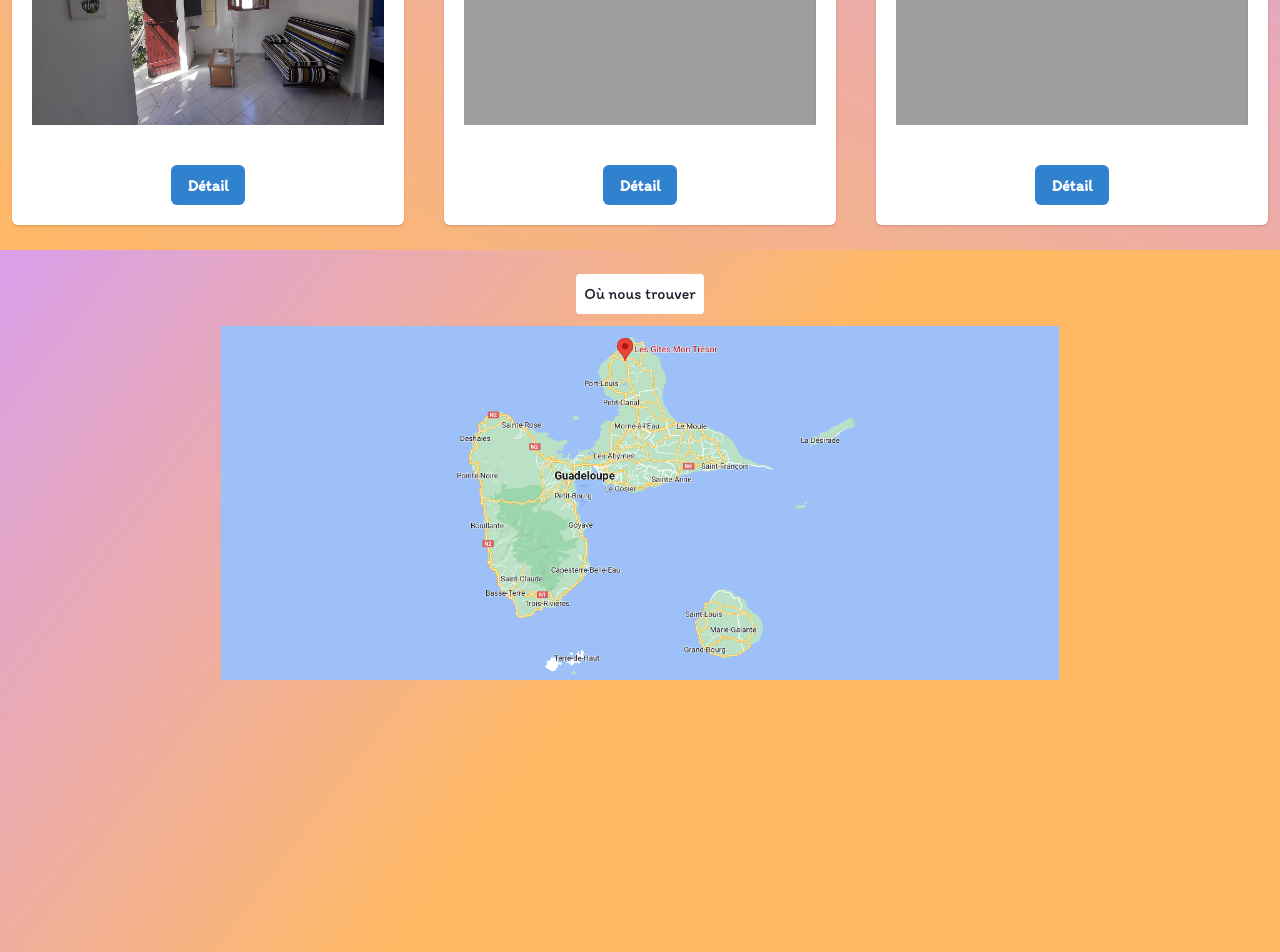
Repository: All-Khwarizmi/gites-v2
Page: /
The author's editor kept a copy of each file at every save. The page is drawn from the files as they stood at one save, then again after the next save.
The browser window is 1280 px wide. The pictures show the part of the page from y = 1190 to 2142 px (the page is 2160 px tall).
Pictures or frames that could not be fetched are drawn as grey boxes. The project was rebuilt for these pictures with package versions that can differ from the ones it lists, and the page was loaded fresh each time. The framework's server and built-in components were replaced by stand-ins that run in the browser. Also part of the build but not shown: next.config.js, next.config.mjs.

Above is the page before, as saved 2023-02-03 19:22:03.

After the next save:
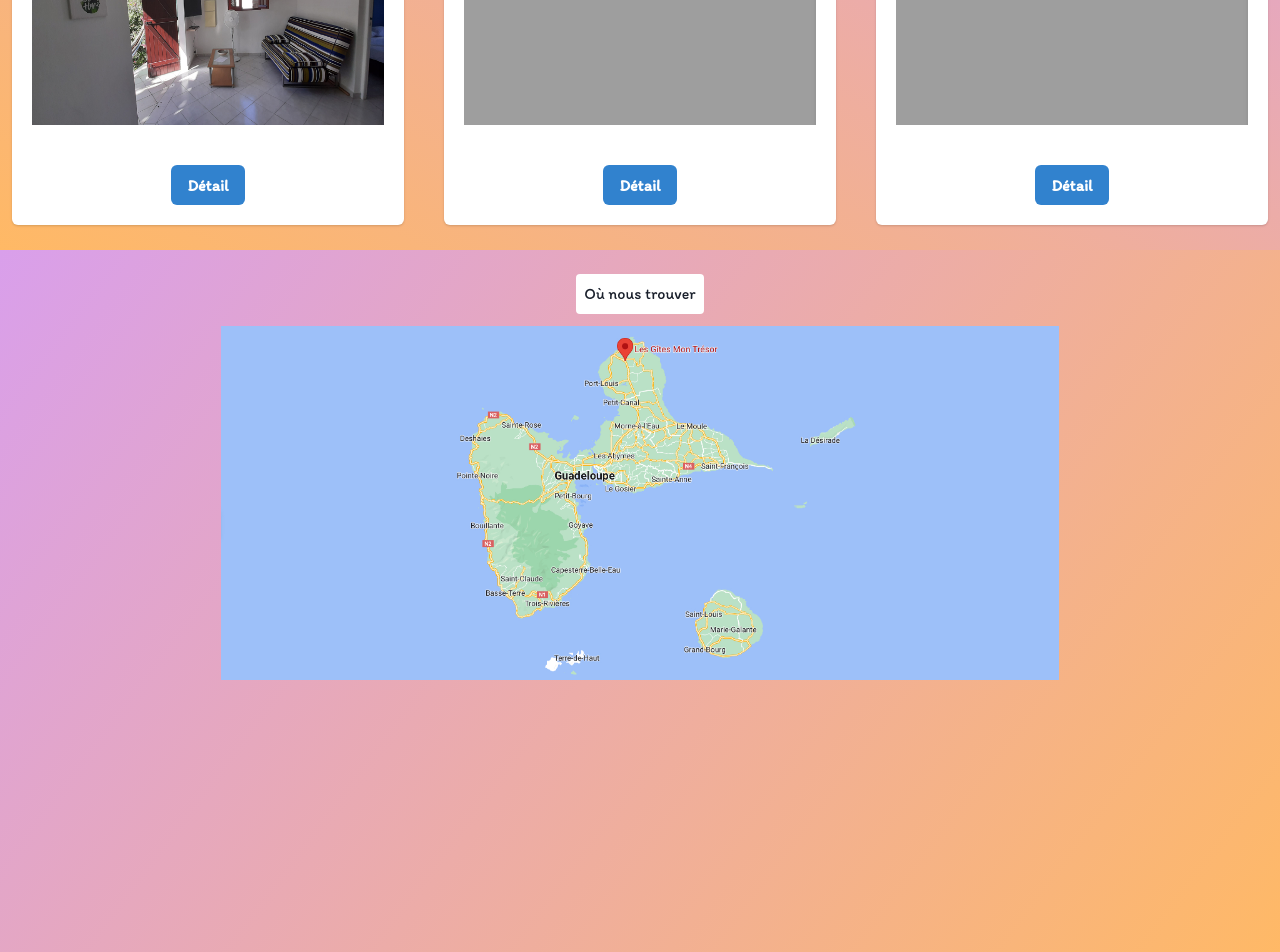
Saved 28 s later.
--- a/src/styles/globals.css
+++ b/src/styles/globals.css
@@ -45,7 +45,7 @@ body {
   background-image: linear-gradient(
     127deg,
    var(--colorTwo) 0%,
-    var(--colorOne) 50%
+    var(--colorOne) 100%
   );
   margin-top: 0;
   position: relative;
